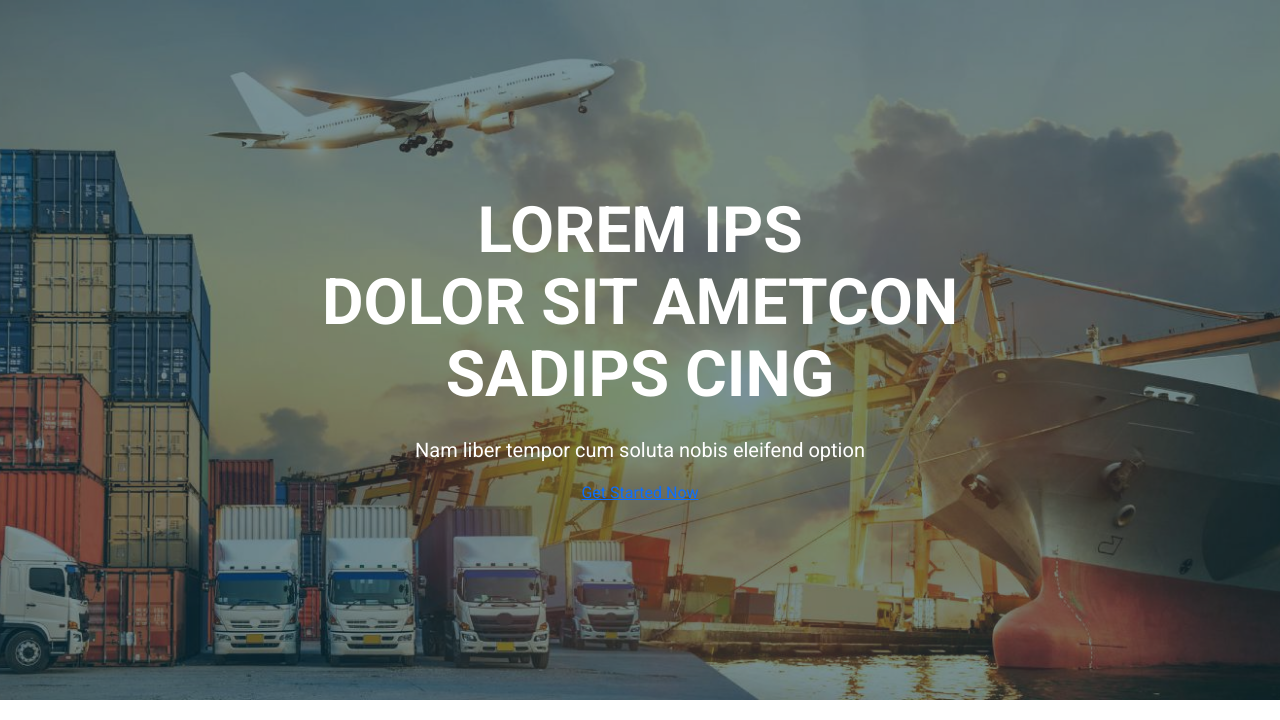
Repository: nazmulalok/shipping-template
Page: index.html
An editor plug-in stored every save of this project. The page is shown before and after the next save, followed by the edit.
The browser window is 1280 px wide. The pictures show the whole page.

Above is the page before, as saved 2022-10-03 01:32:33.

After the next save:
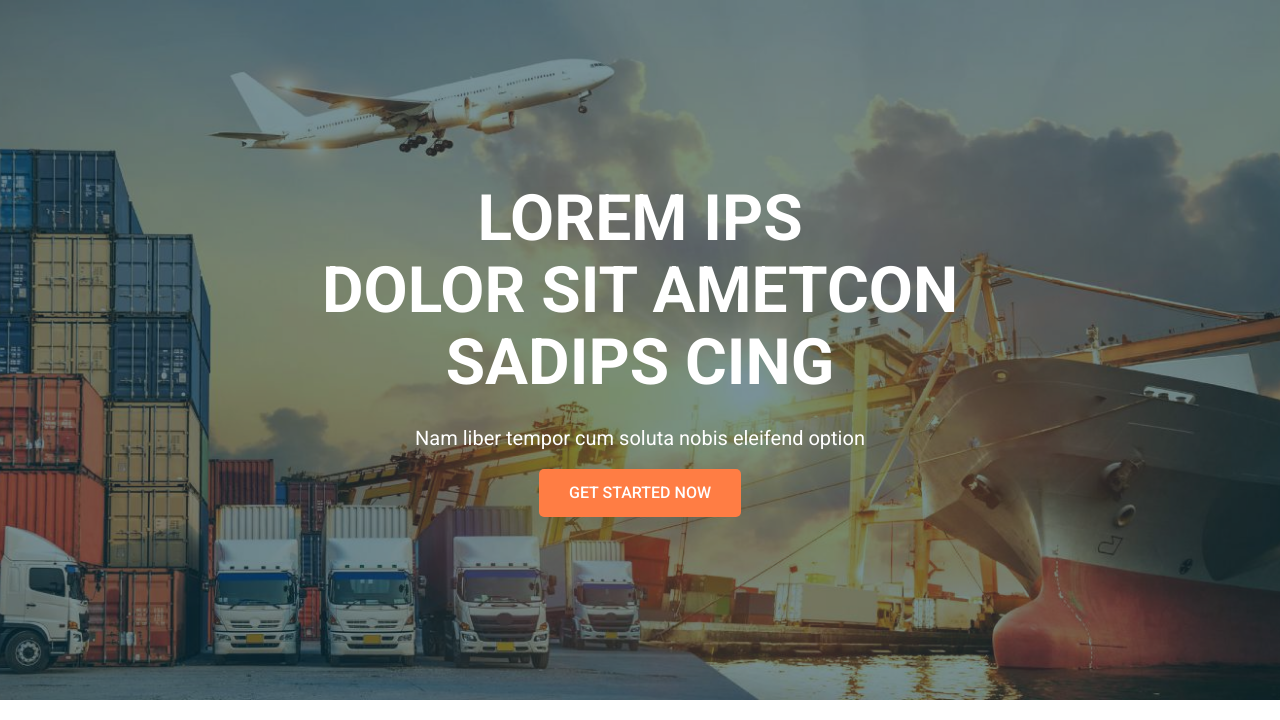
Saved 7 min 59 s later.
--- a/style.css
+++ b/style.css
@@ -61,3 +61,15 @@ body {
 .slide-text p {
     font-size: 20px;
 }
+
+a.common-btn {
+    display: inline-block;
+    text-decoration: none;
+    color: var(--tertiary-color);
+    background: var(--main-color);
+    padding: 12px 30px;
+    border-radius: 5px;
+    font-size: 16px;
+    font-weight: 500;
+    text-transform: uppercase;
+}
